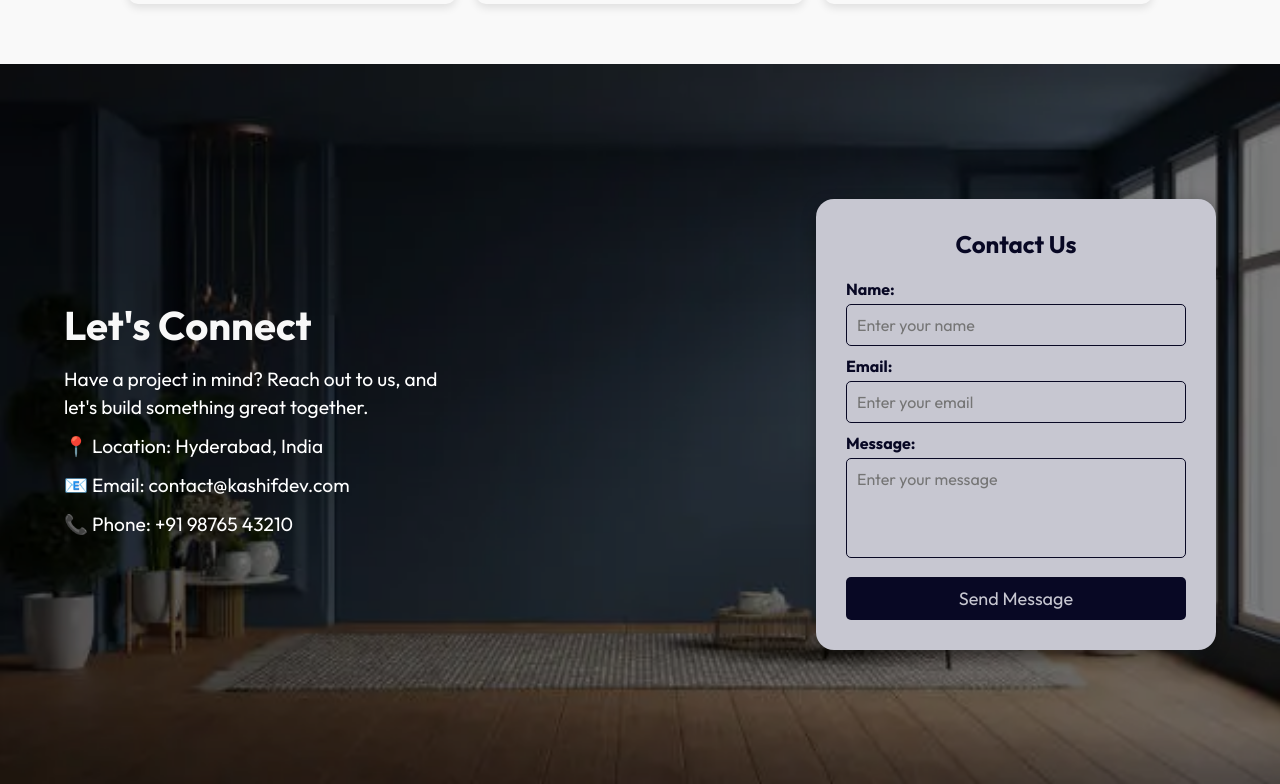
Repository: TechProjectss/Portfolio
Page: / (app in Merajweb/)
An editor plug-in stored every save of this project. The page is shown before and after the next save, followed by the edit.
The browser window is 1280 px wide. The pictures show the part of the page from y = 2915 to 3805 px (the page is 3699 px tall before and 3805 px after).
The project was rebuilt for these pictures with package versions that can differ from the ones it lists, and the page was loaded fresh each time. Also part of the build but not shown: Merajweb/vite.config.js.

Above is the page before, as saved 2025-02-26 12:36:48.

After the next save:
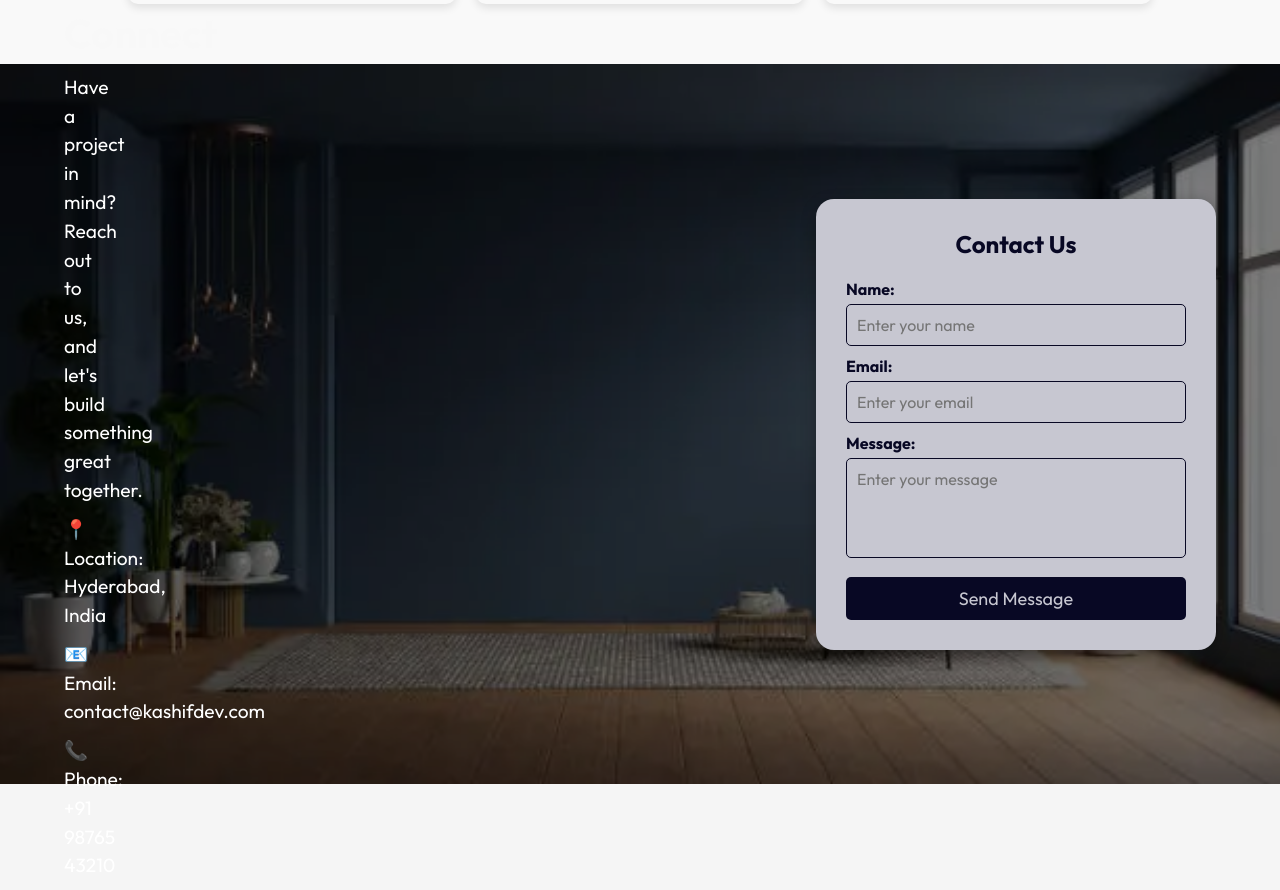
Saved 63 s later.
--- a/Merajweb/src/components/Contact/Contact.css
+++ b/Merajweb/src/components/Contact/Contact.css
@@ -21,7 +21,7 @@
 
 /* Left Side Content */
 .contact-info {
-    max-width: 400px;
+    max-width: 40px;
     color: #fff;
     position: relative;
     z-index: 2;

After the save that followed:
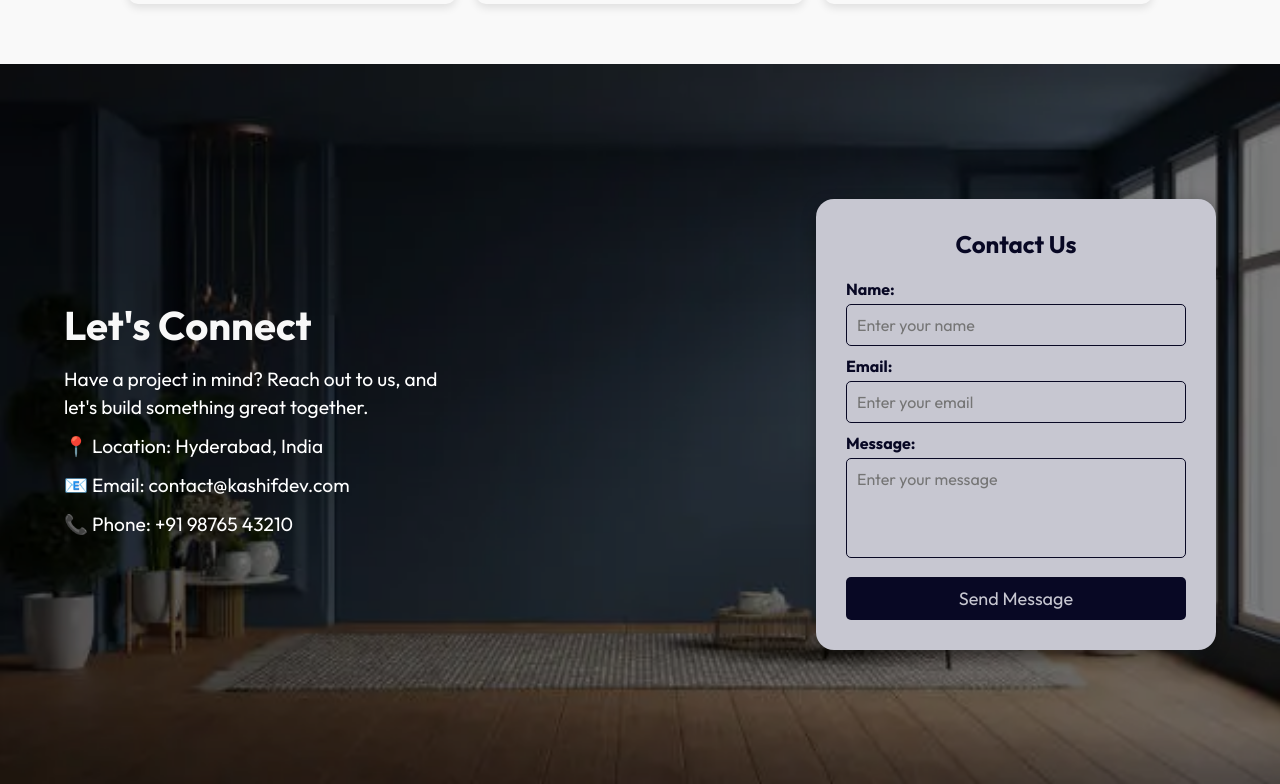
Saved 5 s later.
--- a/Merajweb/src/components/Contact/Contact.css
+++ b/Merajweb/src/components/Contact/Contact.css
@@ -21,7 +21,7 @@
 
 /* Left Side Content */
 .contact-info {
-    max-width: 40px;
+    max-width: 400px;
     color: #fff;
     position: relative;
     z-index: 2;
